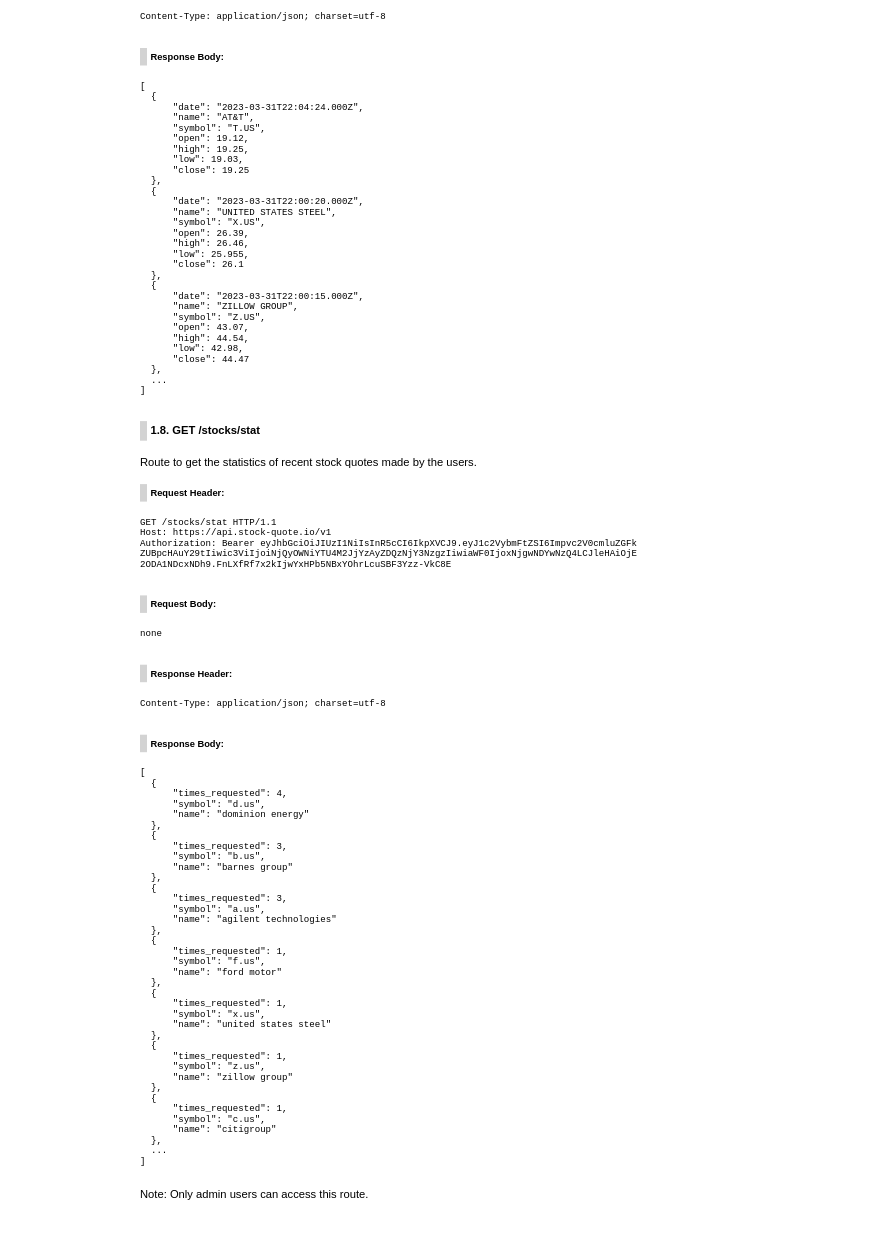
Repository: miguelamello/nest-js
Page: stock-service/reference.html
The author's editor kept a copy of each file at every save. The page is drawn from the files as they stood at one save, then again after the next save.
The browser window is 1280 px wide. The pictures show the part of the page from y = 4551 to 6471 px (the page is 6329 px tall before and 6471 px after), at 70% of full size.

Above is the page before, as saved 2023-04-03 14:36:39.

After the next save:
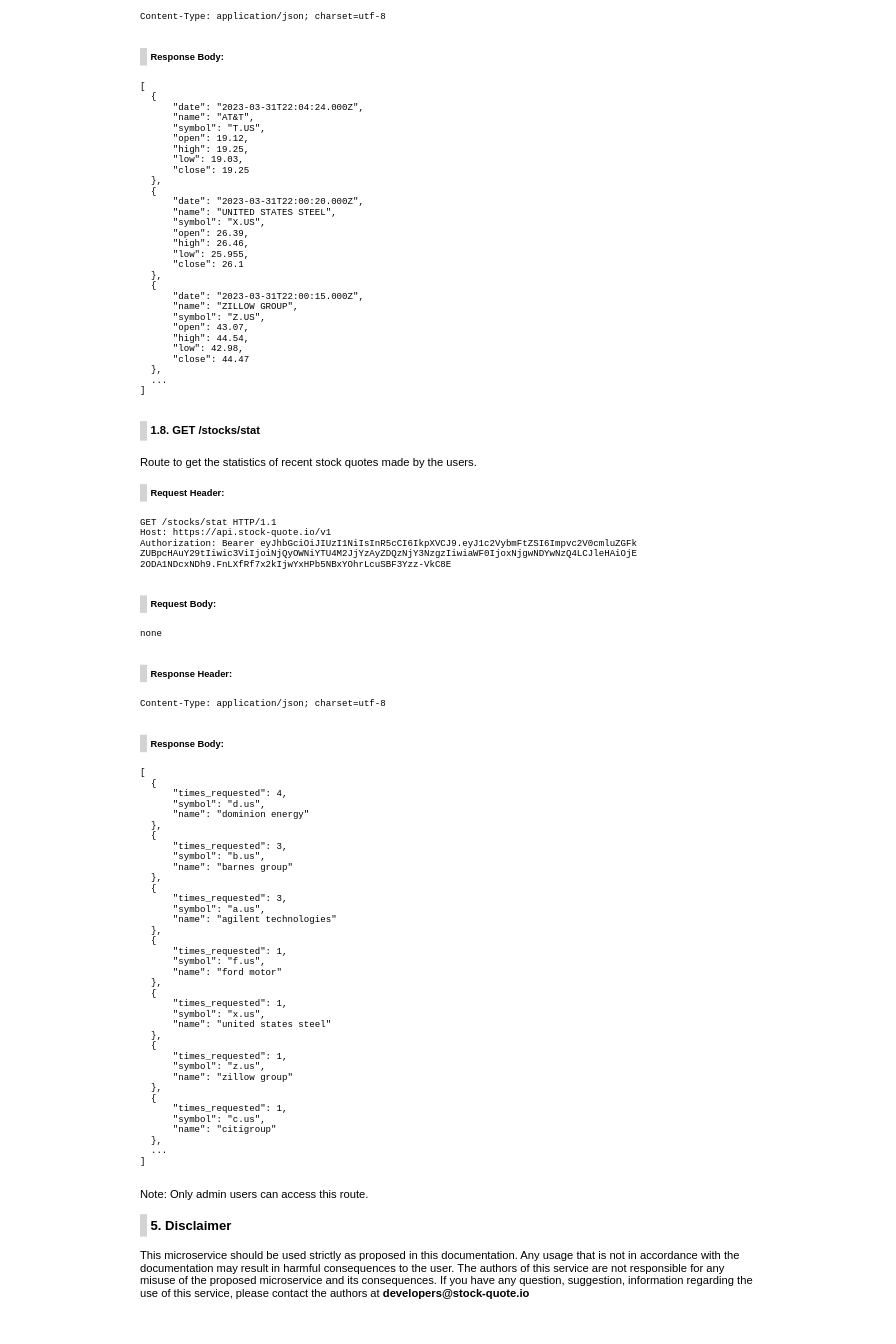
Saved 40 s later.
--- a/stock-service/reference.html
+++ b/stock-service/reference.html
@@ -399,5 +399,15 @@ Content-Type: application/json; charset=utf-8
     Note: Only admin users can access this route.
   </p>
 
+  <h3>5. Disclaimer</h3>
+  <p>
+    This microservice should be used strictly as proposed in this documentation.
+    Any usage that is not in accordance with the documentation may result in harmful
+    consequences to the user. The authors of this service are not responsible for
+    any misuse of the proposed microservice and its consequences. If you have any question,
+    suggestion, information regarding the use of this service, please contact
+    the authors at <b>developers@stock-quote.io</b>
+  </p>
+
 </body>
 </html>
